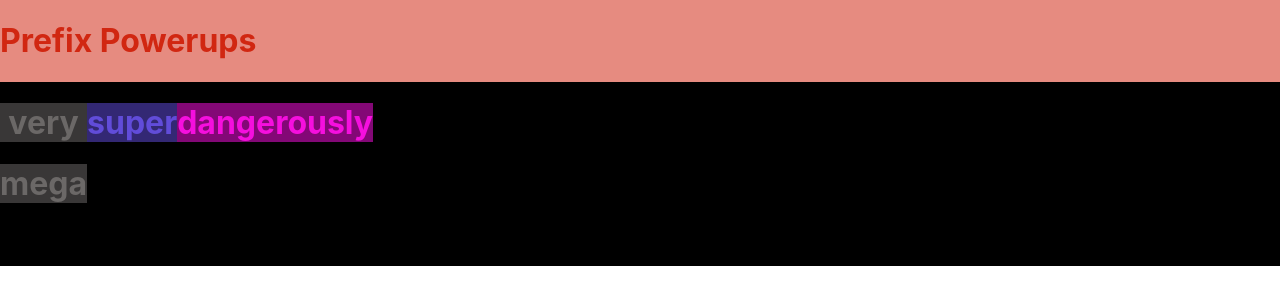
Repository: bsalgado98/buns-inator
Page: /
An editor plug-in stored every save of this project. The page is shown before and after the next save, followed by the edit.
The browser window is 1280 px wide. The pictures show the whole page.
The project was rebuilt for these pictures with package versions that can differ from the ones it lists, and the page was loaded fresh each time.

Above is the page before, as saved 2022-04-25 22:30:29.

After the next save:
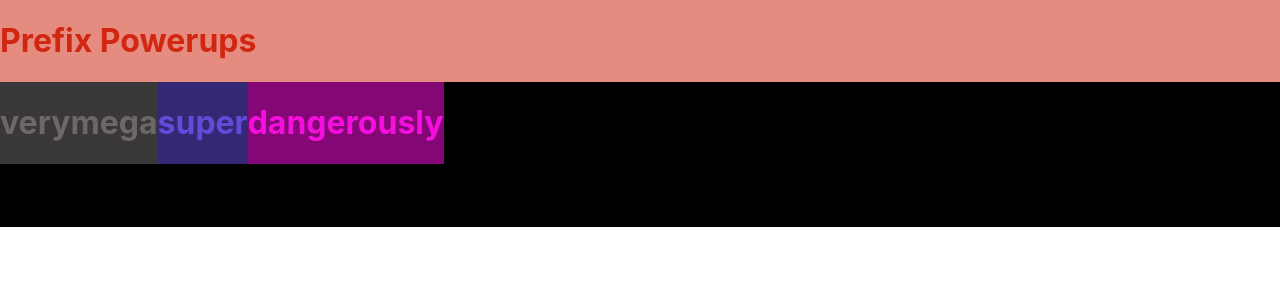
Saved 9 s later.
--- a/src/components/WordBank/WordBank.js
+++ b/src/components/WordBank/WordBank.js
@@ -42,7 +42,7 @@ const WordBank = ({ bankTitle = "N/A", color = "#000000", wordCollection = [] })
                     console.log(section.sectionTitle)
                     return (
                         <div key={`section-${i}`}>
-                            <div>
+                            <div style={styles.collectionArea.section.style}>
                                 {createWordSection(section.words, section.color)}
                             </div>
                             <h6>{section.sectionTitle}</h6>
